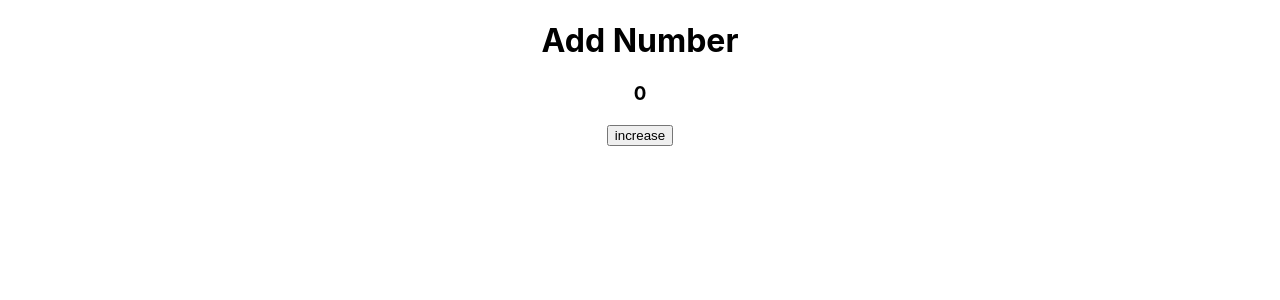
Repository: FbW-E01/spa-components-lotto-gronger
Page: / (app in hello/)
These files come from the project's save history. The page is drawn as it stood at one moment and after the next save; the edit follows.
The browser window is 1280 px wide. The pictures show the whole page.
The project was rebuilt for these pictures with package versions that can differ from the ones it lists, and the page was loaded fresh each time.

Above is the page before, as saved 2021-07-07 13:21:12.

### hello/src/App.js
import logo from './logo.svg';
import './App.css';
import Component1 from './components/component1';


function App() {
  return (
    <div className="App">
      <Component1/>
    </div>
  );
}

export default App;

### hello/src/components/component1.jsx
import React, { Component } from 'react'

export default class Component1 extends Component {
    constructor() {
        super();
        this.state = {num: 0};
    }
    increaseNumber = () => {
        this.setState({num: Math.random()})
        console.log("click");
    }

    render() {
        return (
            <div>
               <h1>Add Number</h1>
                <h3>{this.state.num}</h3>
                <button onClick={this.increaseNumber}>
                    increase

                </button>
            </div>
        )
    }
}



//used rcc for this

Loaded but not shown: hello/public/index.html (common file); hello/src/index.js (common file); hello/src/index.css (common file); hello/src/reportWebVitals.js (common file); hello/src/App.css (common file)

After the next save:
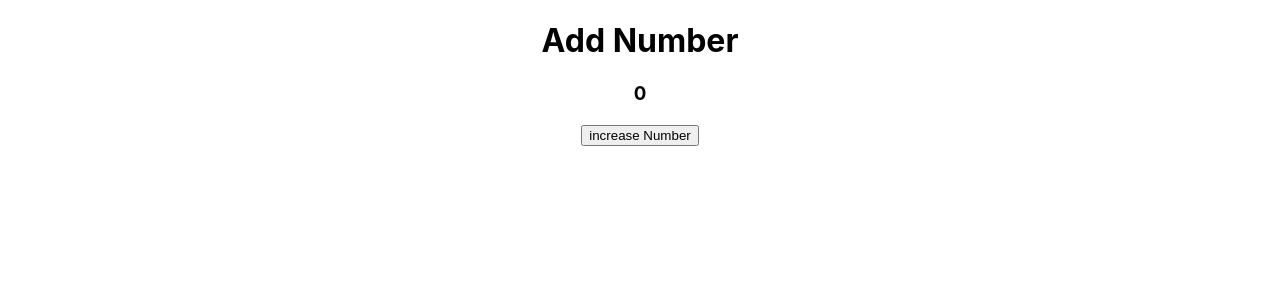
Saved 22 s later.
--- a/hello/src/components/component1.jsx
+++ b/hello/src/components/component1.jsx
@@ -16,7 +16,7 @@ export default class Component1 extends Component {
                <h1>Add Number</h1>
                 <h3>{this.state.num}</h3>
                 <button onClick={this.increaseNumber}>
-                    increase
+                    increase Number
 
                 </button>
             </div>
